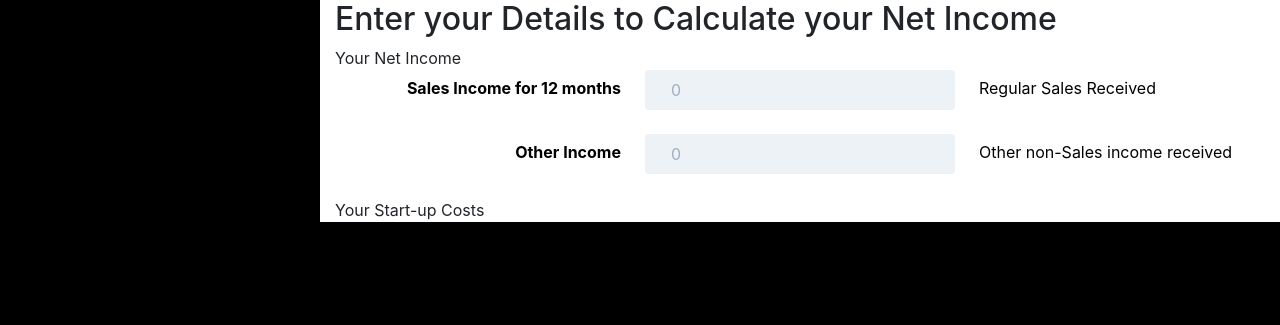
Repository: latenightsnacc/Financial-Forecast
Page: financial-forecast.html
The author's editor kept a copy of each file at every save. The page is drawn from the files as they stood at one save, then again after the next save.
The browser window is 1280 px wide. The pictures show the whole page.

Above is the page before, as saved 2020-11-15 11:45:52.

### financial-forecast.html
<!DOCTYPE html>
<html lang="en">
<head>
    <meta charset="UTF-8">
    <meta name="viewport" content="width=device-width, initial-scale=1.0">
    <!--Tailwind CDN-->
    <link rel="stylesheet" href="https://cdnjs.cloudflare.com/ajax/libs/tailwindcss/1.9.6/base.min.css" integrity="sha512-hEjkvMSM0ql6VJcNK0gTmjt9ar8F2yHeBUbJKtyvQhkkbGMhiJ4+MaiB8XxsthLAHJx5vy2I9dN0un8HiWG2LA==" crossorigin="anonymous" />
    <link rel="stylesheet" href="https://cdnjs.cloudflare.com/ajax/libs/tailwindcss/1.9.6/components.min.css" integrity="sha512-TizAONqhvXjEfRPhptSUkZNVU497PzAnXNGNUoeOjeni4dHpJ+ak+ZsyoGna20LH/yg1PvdufN1VbnVQeVDftg==" crossorigin="anonymous" />
    <link rel="stylesheet" href="https://cdnjs.cloudflare.com/ajax/libs/tailwindcss/1.9.6/tailwind.css" integrity="sha512-HY1FOTeAX9idUBWDhVDrBg8QUHBisKVQ4BCVj1jFo5z76mk87w4Rr5YGP8nBkcGmoMzqYvdeXHMOg/olF45z3g==" crossorigin="anonymous" />
    <link rel="stylesheet" href="https://cdnjs.cloudflare.com/ajax/libs/tailwindcss/1.9.6/utilities.min.css" integrity="sha512-0QJfuLKyYJWGB5hKArJW67xqMLDlR8YaLM/ZuW2mRn4NRwHNsGm7UuREc5Fu7jONHyewPKnGODY0N8G+FQbfxg==" crossorigin="anonymous" />
    <!--Bootstrap CDN-->
    <link rel="stylesheet" href="https://cdn.jsdelivr.net/npm/bootstrap@4.5.3/dist/css/bootstrap.min.css" integrity="sha384-TX8t27EcRE3e/ihU7zmQxVncDAy5uIKz4rEkgIXeMed4M0jlfIDPvg6uqKI2xXr2" crossorigin="anonymous">
    <title>Financial Forecast |Resaads Consults - Think Millenial</title>
</head>
<body class="bg-black">
    <div class="container">
        <!--Navigation-->
    </div>
    <div class="wrapper float-right w-3/4 bg-white">
        <div class="container">
            <h2 class="title">Enter your Details to Calculate your Net Income</h2>
        </div>
        <div class="container">
            <!--FORM-->
            <form class="w-full max-w-none">
            <!--NET INCOME-->
                <div class="title">Your Net Income</div>
                <!--Sales Income-->
                <div class="md:flex md:items-center mb-6">
                  <div class="md:w-1/3">
                    <label class="block text-black font-bold md:text-right mb-1 md:mb-0 pr-4" for="inline-full-name" placeholder="0">
                      Sales Income for 12 months
                    </label>
                  </div>
                  <div class="md:w-1/3">
                    <input class="bg-gray-200 appearance-none border-2 border-gray-200 rounded w-full py-2 px-4 text-gray-700 leading-tight focus:outline-none focus:bg-white focus:border-grey-500" id="inline-full-name" type="text" placeholder="0">
                  </div>
                  <div class="md:w-1/3">
                    <label class="block text-black font-500 md:text-right mb-1 md:mb-0 pl-4 float-left" for="inline-full-name" >
                      Regular Sales Received
                    </label>
                  </div>
                </div>
                <!--Other Income-->
                <div class="md:flex md:items-center mb-6">
                    <div class="md:w-1/3">
                      <label class="block text-black font-bold md:text-right mb-1 md:mb-0 pr-4" for="inline-full-name" placeholder="0">
                        Other Income
                      </label>
                    </div>
                    <div class="md:w-1/3">
                      <input class="bg-gray-200 appearance-none border-2 border-gray-200 rounded w-full py-2 px-4 text-gray-700 leading-tight focus:outline-none focus:bg-white focus:border-grey-500" id="inline-full-name" type="text" placeholder="0">
                    </div>
                    <div class="md:w-1/3">
                      <label class="block text-black font-500 md:text-right mb-1 md:mb-0 pl-4 float-left" for="inline-full-name" >
                        Other non-Sales income received
                      </label>
                    </div>
                </div>
            <!--STARTUP COSTS-->
                <div class="title">Your Start-up Costs</div>
              </form>
        </div>
    </div>
    <!--Bootstrap Scripts-->
    <script src="https://code.jquery.com/jquery-3.5.1.slim.min.js" integrity="sha384-DfXdz2htPH0lsSSs5nCTpuj/zy4C+OGpamoFVy38MVBnE+IbbVYUew+OrCXaRkfj" crossorigin="anonymous"></script>
    <script src="https://cdn.jsdelivr.net/npm/popper.js@1.16.1/dist/umd/popper.min.js" integrity="sha384-9/reFTGAW83EW2RDu2S0VKaIzap3H66lZH81PoYlFhbGU+6BZp6G7niu735Sk7lN" crossorigin="anonymous"></script>
    <script src="https://cdn.jsdelivr.net/npm/bootstrap@4.5.3/dist/js/bootstrap.min.js" integrity="sha384-w1Q4orYjBQndcko6MimVbzY0tgp4pWB4lZ7lr30WKz0vr/aWKhXdBNmNb5D92v7s" crossorigin="anonymous"></script>
</body>
</html>

After the next save:
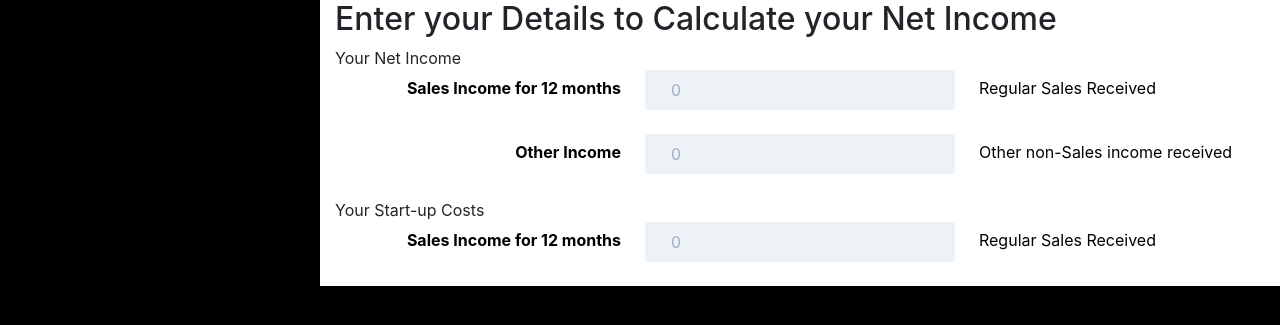
Saved 37 s later.
--- a/financial-forecast.html
+++ b/financial-forecast.html
@@ -59,6 +59,22 @@
                 </div>
             <!--STARTUP COSTS-->
                 <div class="title">Your Start-up Costs</div>
+                <!--Sales Income-->
+                    <div class="md:flex md:items-center mb-6">
+                        <div class="md:w-1/3">
+                        <label class="block text-black font-bold md:text-right mb-1 md:mb-0 pr-4" for="inline-full-name" placeholder="0">
+                            Sales Income for 12 months
+                        </label>
+                        </div>
+                        <div class="md:w-1/3">
+                        <input class="bg-gray-200 appearance-none border-2 border-gray-200 rounded w-full py-2 px-4 text-gray-700 leading-tight focus:outline-none focus:bg-white focus:border-grey-500" id="inline-full-name" type="text" placeholder="0">
+                        </div>
+                        <div class="md:w-1/3">
+                        <label class="block text-black font-500 md:text-right mb-1 md:mb-0 pl-4 float-left" for="inline-full-name" >
+                            Regular Sales Received
+                        </label>
+                        </div>
+                    </div>
               </form>
         </div>
     </div>
